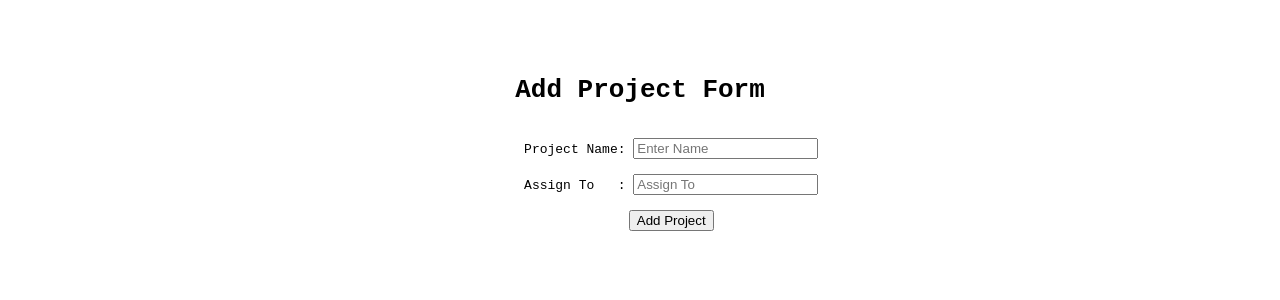
Repository: yashmodi2429/Programs
Page: http://localhost/Employee/addproject.jsp
These files come from the project's save history. The page is drawn as it stood at one moment and after the next save; the edit follows.
The browser window is 1280 px wide. The pictures show the whole page.
The page is served by Tomcat 9. Other server files are loaded and not shown.

Above is the page before, as saved 2019-02-26 10:45:49.

### Employee/WebContent/addproject.jsp
<%@ page language="java" contentType="text/html; charset=ISO-8859-1"
    pageEncoding="ISO-8859-1"%>
<!DOCTYPE html PUBLIC "-//W3C//DTD HTML 4.01 Transitional//EN" "http://www.w3.org/TR/html4/loose.dtd">
<html>
<head>
<meta http-equiv="Content-Type" content="text/html; charset=ISO-8859-1">
<title>Insert title here</title>
</head>
<body>

<center>

	<pre>
<form action ="AddProject" method="post" >
<div>
						<h1>Add Project Form</h1>
	Project Name: <input type="text" name="name" autocomplete="off" placeholder="Enter Name"><br>
	Assign To   : <input type="text" name="assign_to" autocomplete="off" placeholder="Assign To"><br>
	<input type ="submit" value="Add Project">
	</div>
</form>
</pre>
<img src="" style="width: 23%;"/>
	</center>
</body>
</html>

After the next save:
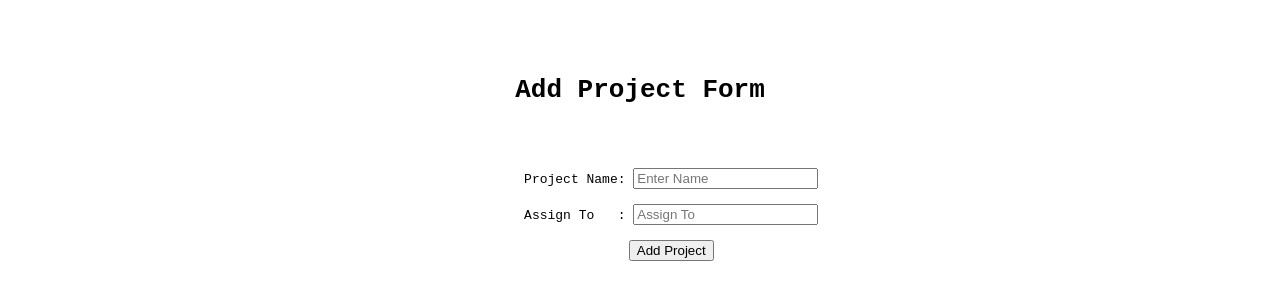
Saved 9 s later.
--- a/Employee/WebContent/addproject.jsp
+++ b/Employee/WebContent/addproject.jsp
@@ -13,7 +13,7 @@
 	<pre>
 <form action ="AddProject" method="post" >
 <div>
-						<h1>Add Project Form</h1>
+						<h1>Add Project Form</h1><br><br>
 	Project Name: <input type="text" name="name" autocomplete="off" placeholder="Enter Name"><br>
 	Assign To   : <input type="text" name="assign_to" autocomplete="off" placeholder="Assign To"><br>
 	<input type ="submit" value="Add Project">

After the save that followed:
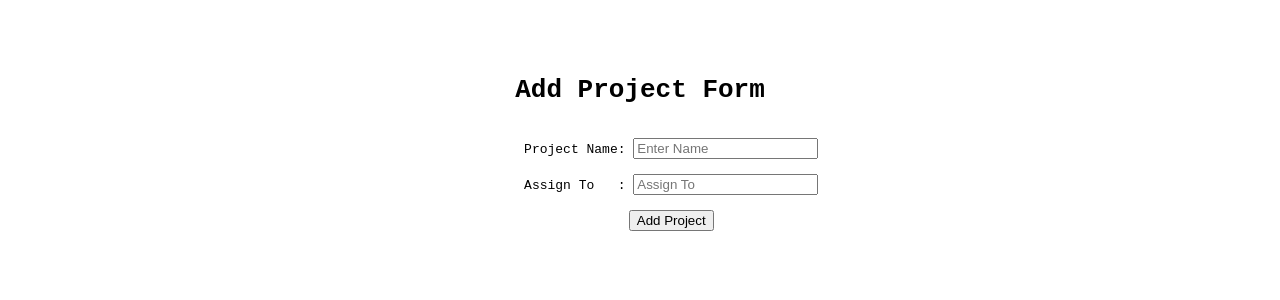
Saved 10 s later.
--- a/Employee/WebContent/addproject.jsp
+++ b/Employee/WebContent/addproject.jsp
@@ -13,7 +13,7 @@
 	<pre>
 <form action ="AddProject" method="post" >
 <div>
-						<h1>Add Project Form</h1><br><br>
+						<h1>Add Project Form</h1>
 	Project Name: <input type="text" name="name" autocomplete="off" placeholder="Enter Name"><br>
 	Assign To   : <input type="text" name="assign_to" autocomplete="off" placeholder="Assign To"><br>
 	<input type ="submit" value="Add Project">
